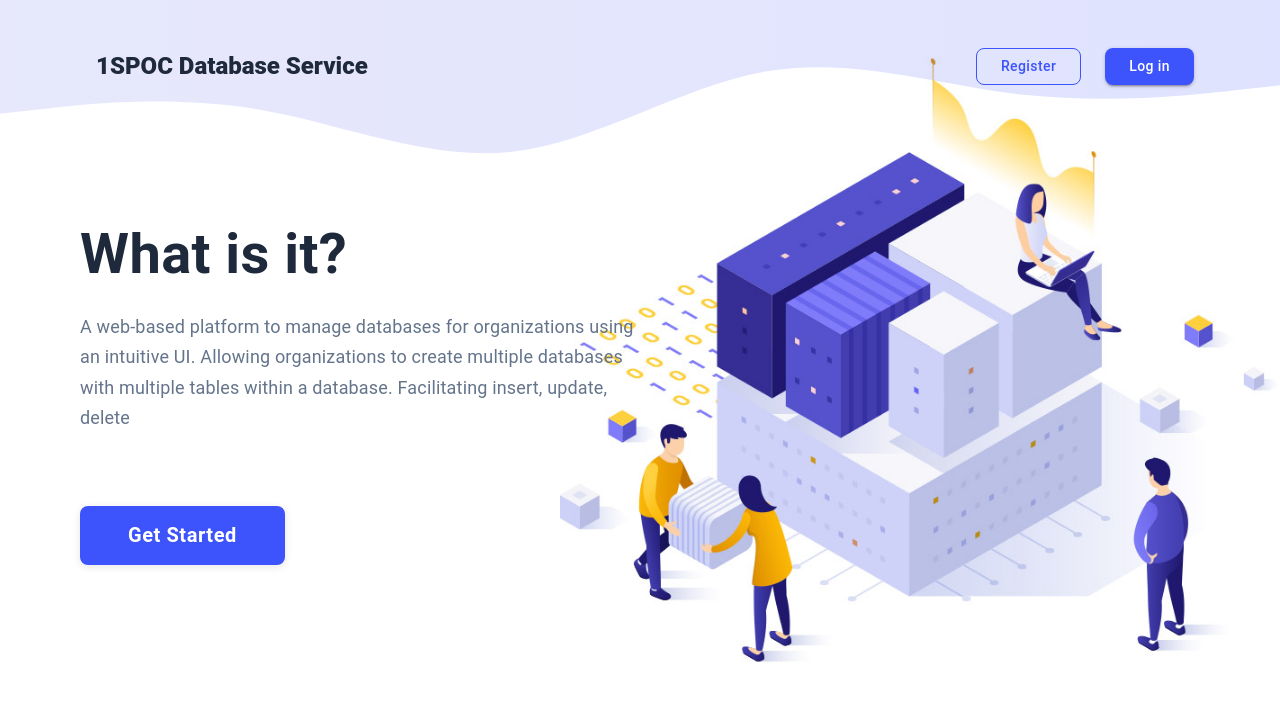
Repository: TanmayVaidya742/DbService
Page: / (app in frontend/)
An editor plug-in stored every save of this project. The page is shown before and after the next save, followed by the edit.
The browser window is 1280 px wide. The pictures show the whole page.
The page's requests for data from a server got no answer. The project was rebuilt for these pictures with package versions that can differ from the ones it lists, and the page was loaded fresh each time. No one was signed in, and anything a server would have sent is missing. Also part of the build but not shown: frontend/src/components/Login.js, frontend/src/components/Register.js, frontend/src/components/Dashboard.js, frontend/src/components/AddDatabaseDialog.js, frontend/src/components/UserDashboard.js, frontend/src/components/Organizations.js, frontend/src/components/EditTableDialog.js, frontend/src/components/CreateTableDialog.js and 3 more.

Above is the page before, as saved 2025-05-08 10:56:58.

After the next save:
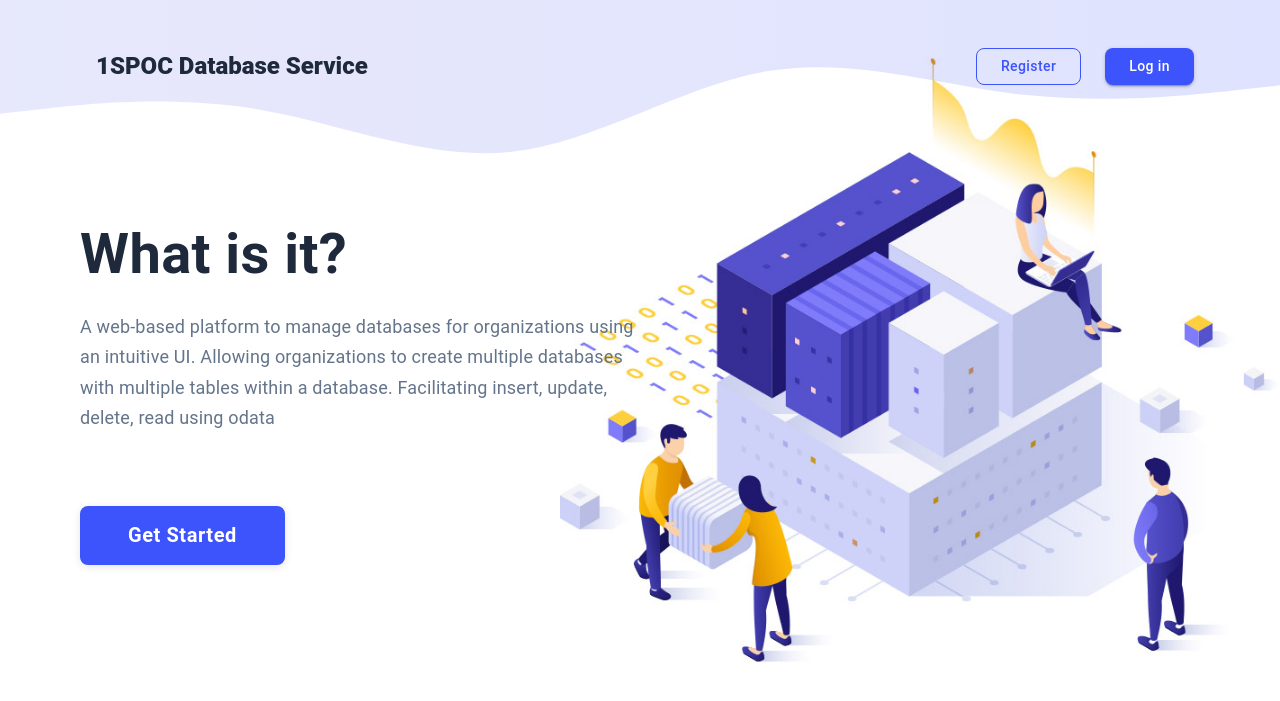
Saved 7 s later.
--- a/frontend/src/components/LandingPage.js
+++ b/frontend/src/components/LandingPage.js
@@ -194,7 +194,7 @@ const LandingPage = () => {
                 >
                   A web-based platform to manage databases for organizations using an intuitive UI.
                   Allowing organizations to create multiple databases with multiple tables within a database.
-                  Facilitating insert, update, delete
+                  Facilitating insert, update, delete, read using odata
 
                 </Typography>
                 <ButtonGroup
